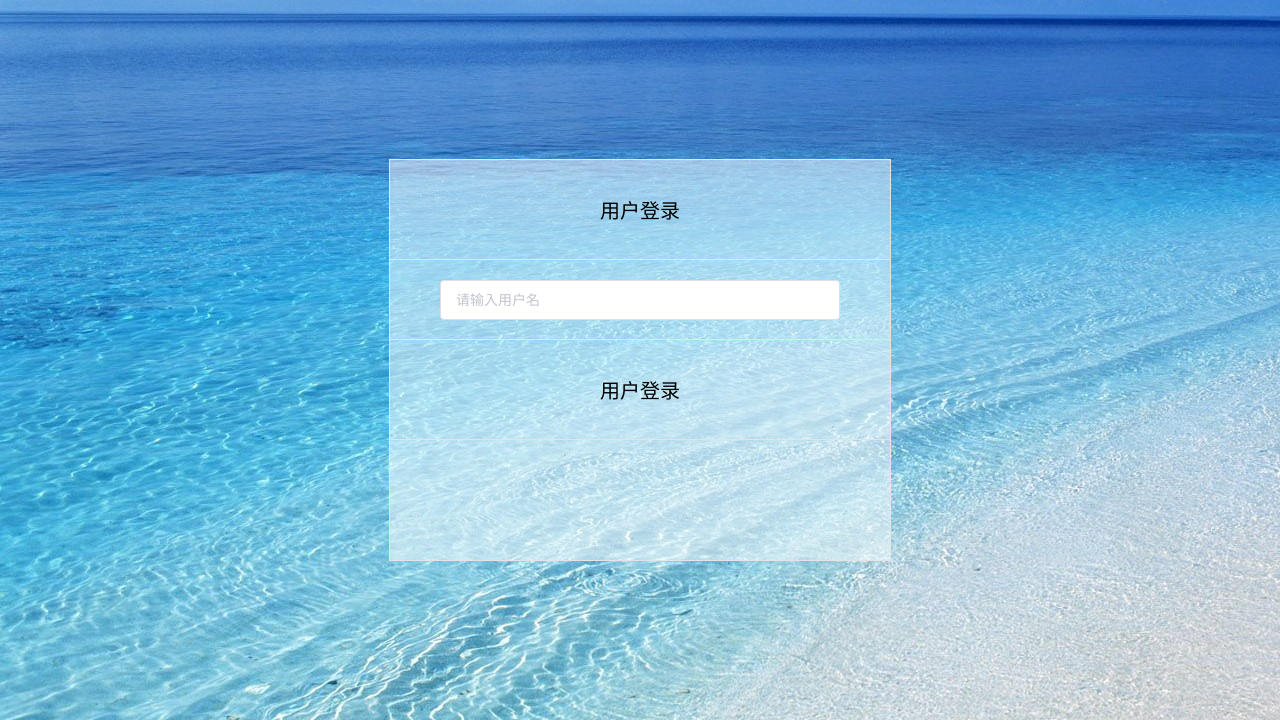
Repository: jinggegeZ/livechat
Page: /login
An editor plug-in stored every save of this project. The page is shown before and after the next save, followed by the edit.
The browser window is 1280 px wide. The pictures show the whole page.
The project was rebuilt for these pictures with package versions that can differ from the ones it lists, and the page was loaded fresh each time. Also part of the build but not shown: src/views/Home.vue.

Above is the page before, as saved 2020-08-17 15:12:16.

After the next save:
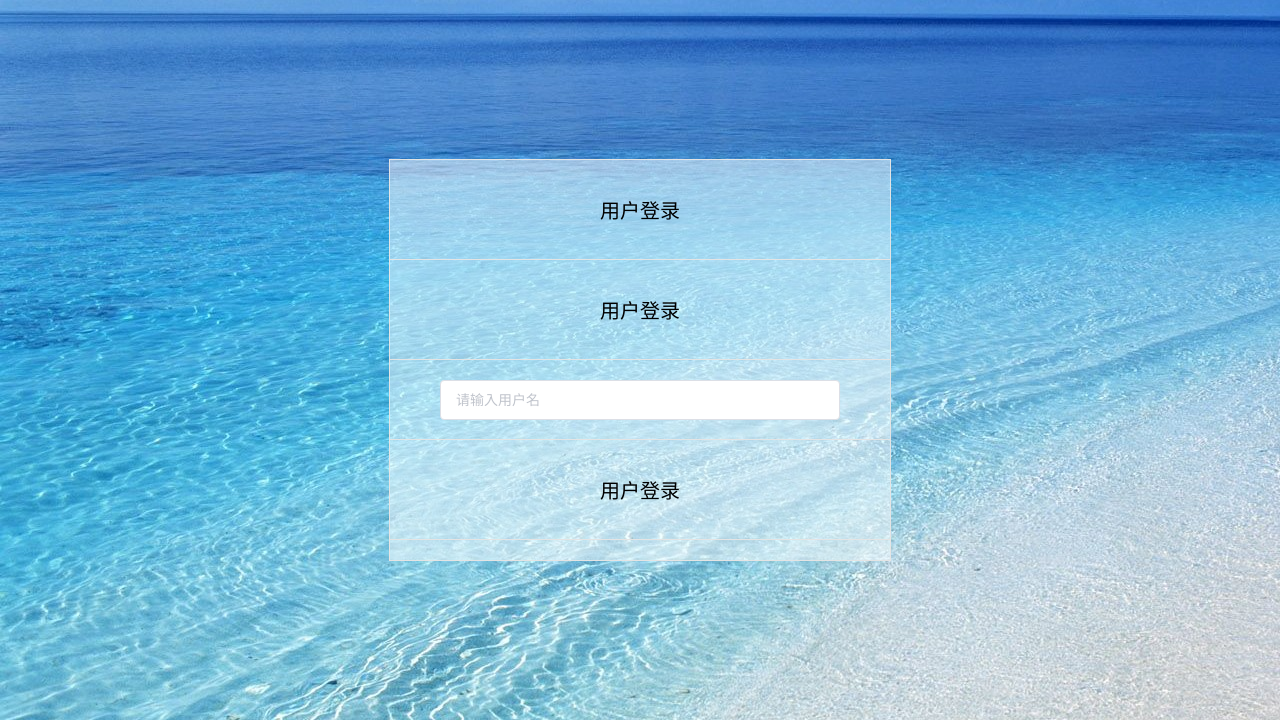
Saved 50 s later.
--- a/src/views/login.vue
+++ b/src/views/login.vue
@@ -2,8 +2,12 @@
  <div class="content">
     <div class="content-c">
           <div class="loginbox">
-          <!-- 用户登录 -->
+
           <div class="username">
+            用户登录
+          </div>
+<!-- 用户登录 -->
+          <div class="username1">
             用户登录
           </div>
           <!-- 用户名 -->
